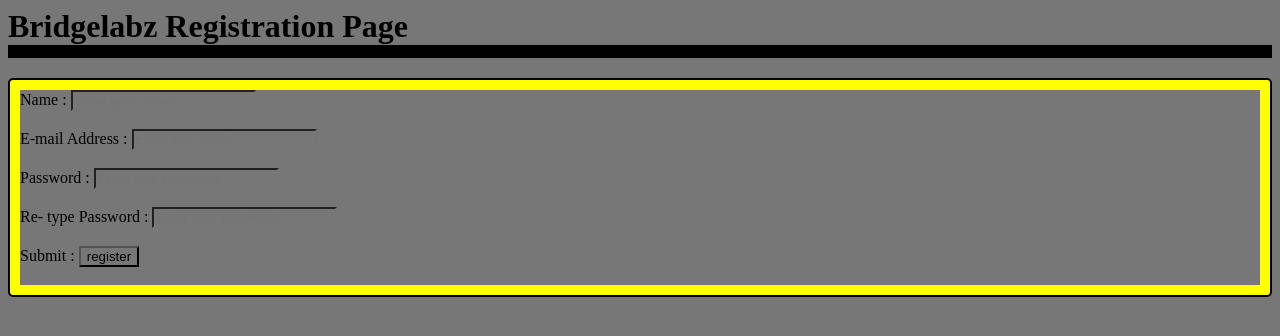
Repository: MarkFernandes11/Advanced-Java
Page: http://localhost/LoginPage1/registration.jsp
The author's editor kept a copy of each file at every save. The page is drawn from the files as they stood at one save, then again after the next save.
The browser window is 1280 px wide. The pictures show the whole page.
The page is served by Tomcat 9. Nobody is signed in. The application's start-up code is not run.

Above is the page before, as saved 2019-09-24 13:24:28.

After the next save:
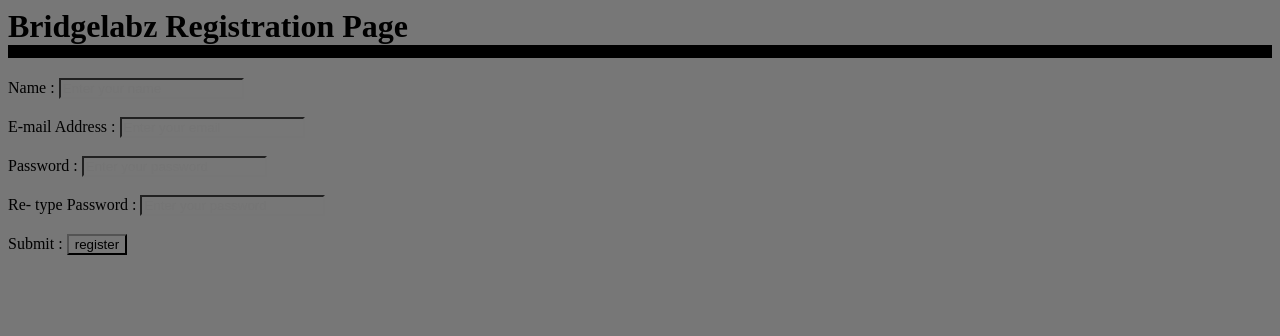
Saved 109 s later.
--- a/LoginPage1/WebContent/StyleSheet.css
+++ b/LoginPage1/WebContent/StyleSheet.css
@@ -24,7 +24,7 @@
 	background-color: #fff;
 }
 
-form.registration
+registration
 {
 	border: 2px solid #000;
 	padding: 10px;

After the save that followed:
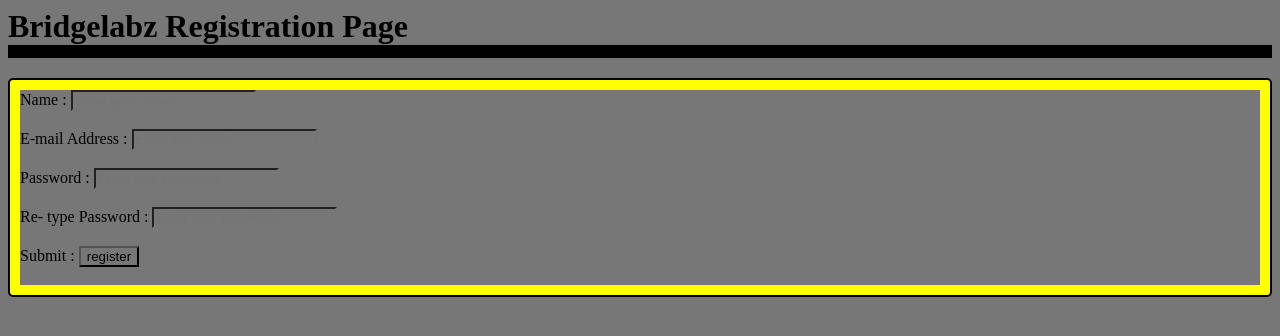
Saved 12 s later.
--- a/LoginPage1/WebContent/StyleSheet.css
+++ b/LoginPage1/WebContent/StyleSheet.css
@@ -24,7 +24,7 @@
 	background-color: #fff;
 }
 
-registration
+form.registration
 {
 	border: 2px solid #000;
 	padding: 10px;
